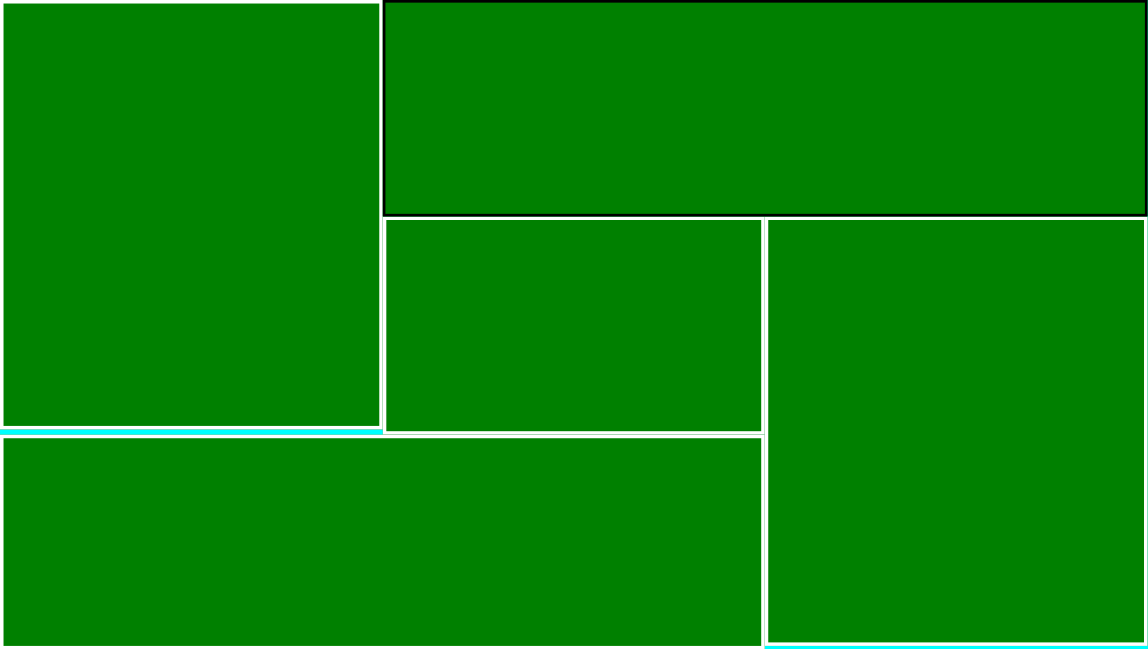
Repository: tianjiewang2022/tianjiewang2022.github.io
Page: index.html
An editor plug-in stored every save of this project. The page is shown before and after the next save, followed by the edit.
The browser window is 1280 px wide. The page is 1304 px wide, then 1288 px, then 1304 px, so the pictures cover 1304 px, including what lies to the right of the window. The pictures show the whole page, at 88% of full size.

Above is the page before, as saved 2023-10-03 18:58:43.

After the next save:
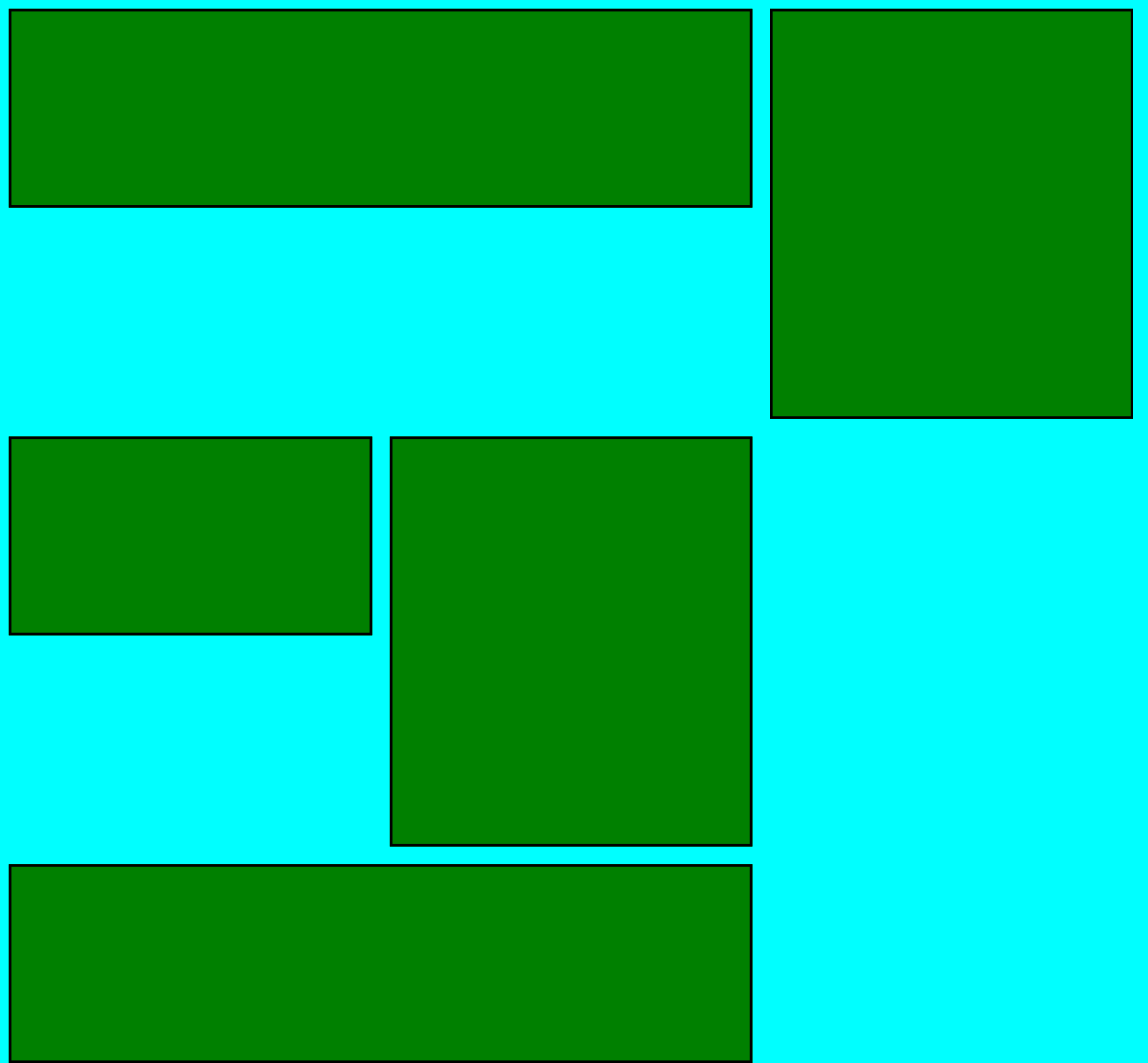
Saved 37 s later.
--- a/index.html
+++ b/index.html
@@ -16,83 +16,52 @@
                 background-color: aqua;
             }
 
-            header {
+            header,
+            .left_bar,
+            .main_area,
+            .right_bar,
+            footer {
                 background-color: green;
-                color: rgb(0, 0, 0);
-                grid-column: 2 / span 2;
-                grid-row: 1 / span 1;
+                border: 3px solid black;
+                margin: 10px;
+            }
+
+            header,
+            .left_bar,
+            .right_bar,
+            footer {
                 display: flex;
                 justify-content: center;
                 align-items: center;
-                font-size: 40px;
-                z-index: 100;
-                height: calc(100vh / 3);
-                /* Set the height of the header */
-                border: 3px solid;
             }
 
-            .left_bar {
-                background-color: green;
-                grid-row: 1 / span 2;
-                grid-column: 1 / span 1;
-                height: calc(2 * (100vh / 3));
-                /* Set the height of the left bar */
-                width: calc(1 * (100vw / 3));
-                /* Set the width of the left bar */
-                /* Position the left bar at the left side */
-                border: 4px solid #fff;
+            header,
+            footer {
+                grid-column: span 2;
+                height: calc(100vh / 3 - 20px);
+            }
+
+            .left_bar,
+            .right_bar {
+                height: calc(2 * (100vh / 3) - 20px);
+                width: calc((100vw / 3) - 20px);
             }
 
             .main_area {
-                background-color: green;
-                grid-row: 2 / span 1;
-                grid-column: 2 / span 1;
-                display: flex;
-                grid-template-columns: 1fr;
-                flex-wrap: wrap;
-                justify-content: center;
-                position: relative;
-                height: calc(1 * (100vh / 3));
-                width: calc(1 * (100vw / 3));
-                align-items: center;
-                border: 4px solid #fff;
-            }
-
-            .right_bar {
-                background-color: green;
-                grid-row: 2 / span 2;
-                grid-column: 3 / span 1;
-                height: calc(2 * (100vh / 3));
-                /* Set the height of the left bar */
-                width: calc(1 * (100vw / 3));
-                /* Set the width of the left bar */
-                /* Position the left bar at the left side */
-                border: 4px solid #fff;
-            }
-
-            footer {
-                background-color: green;
-                grid-column: 1 / span 2;
-                grid-row: 3 / span 1;
-                /* Place the footer in the last row */
                 display: flex;
                 justify-content: center;
                 align-items: center;
-                z-index: 100;
-                /* Set the height of the footer */
-                border: 4px solid #fff;
+                height: calc(100vh / 3 - 20px);
+                width: calc((100vw / 3) - 20px);
             }
         </style>
     </head>
 
     <body>
         <header></header>
-        <!-- Your content goes here -->
         <div class="left_bar"></div>
-        <div class="main_area"> <!-- Centered box -->
-        </div>
+        <div class="main_area"></div>
         <span class="right_bar"></span>
-
         <footer></footer>
     </body>
 

After the save that followed:
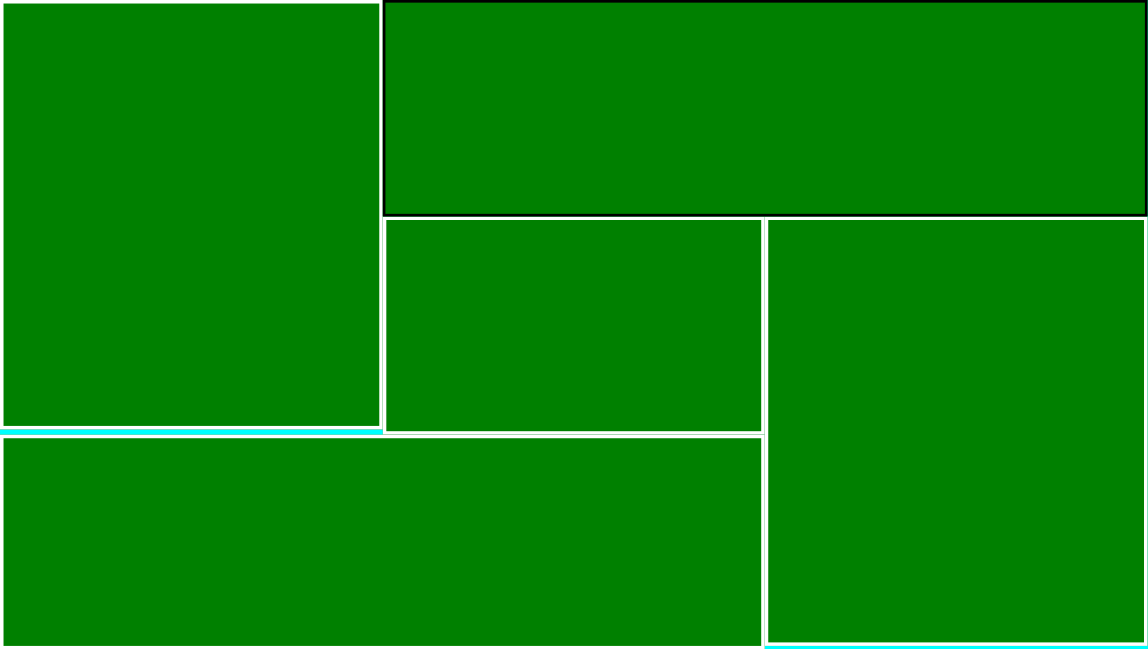
Saved 13 min 42 s later.
--- a/index.html
+++ b/index.html
@@ -16,52 +16,83 @@
                 background-color: aqua;
             }
 
-            header,
-            .left_bar,
-            .main_area,
-            .right_bar,
-            footer {
+            header {
                 background-color: green;
-                border: 3px solid black;
-                margin: 10px;
-            }
-
-            header,
-            .left_bar,
-            .right_bar,
-            footer {
+                color: rgb(0, 0, 0);
+                grid-column: 2 / span 2;
+                grid-row: 1 / span 1;
                 display: flex;
                 justify-content: center;
                 align-items: center;
+                font-size: 40px;
+                z-index: 100;
+                height: calc(100vh / 3);
+                /* Set the height of the header */
+                border: 3px solid;
             }
 
-            header,
-            footer {
-                grid-column: span 2;
-                height: calc(100vh / 3 - 20px);
-            }
-
-            .left_bar,
-            .right_bar {
-                height: calc(2 * (100vh / 3) - 20px);
-                width: calc((100vw / 3) - 20px);
+            .left_bar {
+                background-color: green;
+                grid-row: 1 / span 2;
+                grid-column: 1 / span 1;
+                height: calc(2 * (100vh / 3));
+                /* Set the height of the left bar */
+                width: calc(1 * (100vw / 3));
+                /* Set the width of the left bar */
+                /* Position the left bar at the left side */
+                border: 4px solid #fff;
             }
 
             .main_area {
+                background-color: green;
+                grid-row: 2 / span 1;
+                grid-column: 2 / span 1;
+                display: flex;
+                grid-template-columns: 1fr;
+                flex-wrap: wrap;
+                justify-content: center;
+                position: relative;
+                height: calc(1 * (100vh / 3));
+                width: calc(1 * (100vw / 3));
+                align-items: center;
+                border: 4px solid #fff;
+            }
+
+            .right_bar {
+                background-color: green;
+                grid-row: 2 / span 2;
+                grid-column: 3 / span 1;
+                height: calc(2 * (100vh / 3));
+                /* Set the height of the left bar */
+                width: calc(1 * (100vw / 3));
+                /* Set the width of the left bar */
+                /* Position the left bar at the left side */
+                border: 4px solid #fff;
+            }
+
+            footer {
+                background-color: green;
+                grid-column: 1 / span 2;
+                grid-row: 3 / span 1;
+                /* Place the footer in the last row */
                 display: flex;
                 justify-content: center;
                 align-items: center;
-                height: calc(100vh / 3 - 20px);
-                width: calc((100vw / 3) - 20px);
+                z-index: 100;
+                /* Set the height of the footer */
+                border: 4px solid #fff;
             }
         </style>
     </head>
 
     <body>
         <header></header>
+        <!-- Your content goes here -->
         <div class="left_bar"></div>
-        <div class="main_area"></div>
+        <div class="main_area"> <!-- Centered box -->
+        </div>
         <span class="right_bar"></span>
+
         <footer></footer>
     </body>
 
